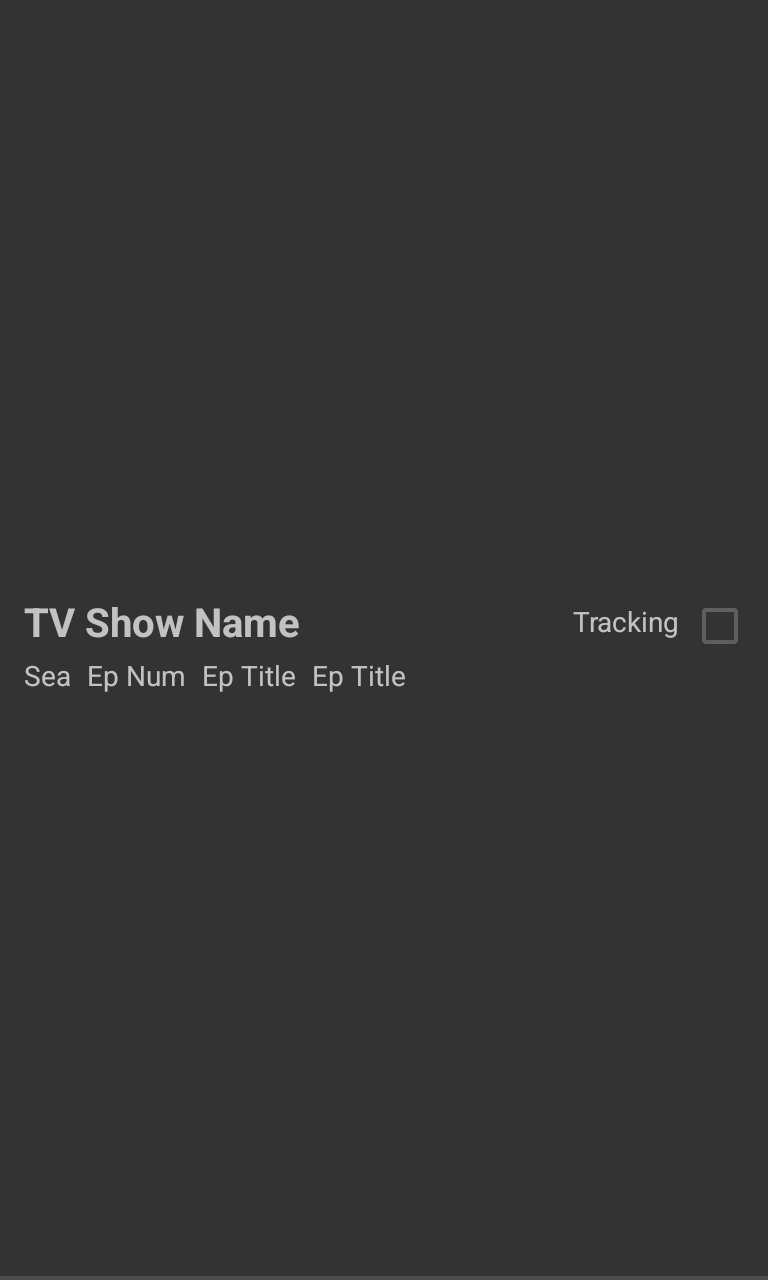
Repository: Jeedan/learning-android-apps
Layout: TvShowTracker/res/layout/list_item_tvshow.xml
The author's editor kept a copy of each file at every save. The layout is drawn from the files as they stood at one save, then again after the next save.
It is drawn on a 768 x 1280 px phone screen (xhdpi) without system bars, with theme AppTheme; the app's code is not run. The app's manifest (not shown) leaves right-to-left support off. So textAlignment, textDirection and layoutDirection are ignored, and left and right values win over start and end ones.

Above is the layout before, as saved 2014-11-01 10:59:41.

### TvShowTracker/res/layout/list_item_tvshow.xml
<?xml version="1.0" encoding="utf-8"?>
<RelativeLayout xmlns:android="http://schemas.android.com/apk/res/android"
    android:layout_width="match_parent"
    android:layout_height="wrap_content"

    android:paddingTop="4dp"
    style="?android:listSeparatorTextViewStyle" >

    <TextView
        android:id="@+id/tv_show_name_text_view"
        android:layout_width="match_parent"
        android:layout_height="wrap_content"
        android:paddingLeft="4dp"
        android:paddingRight="4dp"
        android:text="@string/tv_show_name"
        android:textSize="20sp"
        android:textStyle="bold" />

    <CheckBox
        android:id="@+id/tracked_tv_show_check_box"
        android:layout_width="wrap_content"
        android:layout_height="wrap_content"
        android:layout_alignParentEnd="true"
        android:layout_alignParentRight="true"
        android:enabled="false"
        android:focusable="false"
        android:padding="4dp" />

    <TextView
        android:id="@+id/tracking_text_View"
        android:layout_width="wrap_content"
        android:layout_height="wrap_content"
        android:layout_toLeftOf="@id/tracked_tv_show_check_box"
        android:layout_toStartOf="@id/tracked_tv_show_check_box"
        android:paddingLeft="4dp"
        android:paddingRight="4dp"
        android:paddingTop="4dp"
        android:text="@string/tracking_text_check_box" />

    <TextView
        android:id="@+id/tv_show_season_text_view"
        android:layout_width="wrap_content"
        android:layout_height="wrap_content"
        android:layout_below="@id/tv_show_name_text_view"
        android:paddingLeft="4dp"
        android:paddingRight="4dp"
        android:paddingTop="4dp"
        android:text="@string/tv_show_season" />

    <TextView
        android:id="@+id/tv_show_episode_number_text_view"
        android:layout_width="wrap_content"
        android:layout_height="wrap_content"
        android:layout_below="@id/tv_show_name_text_view"
        android:layout_toEndOf="@id/tv_show_season_text_view"
        android:layout_toRightOf="@id/tv_show_season_text_view"
        android:paddingLeft="4dp"
        android:paddingRight="4dp"
        android:paddingTop="4dp"
        android:text="@string/tv_show_episode_number" />

    <TextView
        android:id="@+id/tv_show_episode_text_view"
        android:layout_width="wrap_content"
        android:layout_height="wrap_content"
        android:layout_below="@id/tv_show_name_text_view"
        android:layout_toEndOf="@id/tv_show_episode_number_text_view"
        android:layout_toRightOf="@id/tv_show_episode_number_text_view"
        android:paddingLeft="4dp"
        android:paddingRight="4dp"
        android:paddingTop="4dp"
        android:text="@string/tv_show_episode_title" />

    <TextView
        android:id="@+id/show_release_date"
        android:layout_width="wrap_content"
        android:layout_height="wrap_content"
        android:layout_below="@id/tv_show_name_text_view"
        android:layout_toEndOf="@id/tv_show_episode_text_view"
        android:layout_toRightOf="@id/tv_show_episode_text_view"
        android:paddingLeft="4dp"
        android:paddingRight="4dp"
        android:paddingTop="4dp"
        android:text="@string/tv_show_episode_title" />

</RelativeLayout>

### TvShowTracker/res/values-v21/styles.xml
<resources>

    <!--
        Base application theme for API 14+. This theme completely replaces
        AppBaseTheme from BOTH res/values/styles.xml and
        res/values-v11/styles.xml on API 14+ devices.
    -->
    <style name="AppBaseTheme" parent="@android:style/Theme.Material">
        <!-- API 21 theme customizations can go here. -->
     	<!-- Main theme colors -->
	    <!--   your app branding color for the app bar (Action bar_)-->
	    <item name="android:colorPrimary">@color/primary</item>
	    <!--   darker variant for the status bar and contextual app bars -->
	    <item name="android:colorPrimaryDark">@color/primary_dark</item>
	    <!--   theme UI controls like checkboxes and text fields -->
	    <item name="android:colorAccent">@color/accent</item>
	    <!--   winow background -->
	    <item name="android:windowBackground">@color/windowBackground</item>
	    <!--   Text but don't know if it is for all texts -->
	    <item name="android:textColorPrimary">@color/textColorPrimary_Light</item>
    </style>

        <!-- Application theme. -->
    <style name="AppTheme" parent="AppBaseTheme">
        </style>
</resources>

### TvShowTracker/res/values/colors.xml
<?xml version="1.0" encoding="utf-8"?>
<resources>
    <color name="accent">#FF9D00</color>

    <!--  example: season + episode + release date info text under Show Name -->
    <color name="show_subtitle_text_view_color">#368ABF</color>

    <color name="textColorPrimary">#ffffff</color>
    <color name="textColorPrimary_Light">#666666</color>

    <color name="windowBackground">#333333</color>

    <color name="primary">#1a1a1a</color>
    <color name="primary_dark">#000000</color>

</resources>

### TvShowTracker/res/values/strings.xml
<?xml version="1.0" encoding="utf-8"?>
<resources>

    <string name="app_name">TvShowTracker</string>
    <string name="app_all_shows">All shows</string>
    <string name="app_calendar_title">Today\'s shows</string>
    <string name="action_settings">Settings</string>

    <string name="tv_show_name">TV Show Name</string>
    <string name="tv_show_season">Sea</string>
    <string name="tv_show_episode_number">Ep Num</string>
    <string name="tv_show_episode_title">Ep Title </string>
    <string name="tv_show_release_date">Release Date </string>


    <string name="empty_list">There are no TV Shows in this list.</string>


    <string name="tracking_text_check_box">Tracking</string>

</resources>

Loaded but not shown: TvShowTracker/res/values/styles.xml (common file); TvShowTracker/res/values-v11/styles.xml (common file)

After the next save:
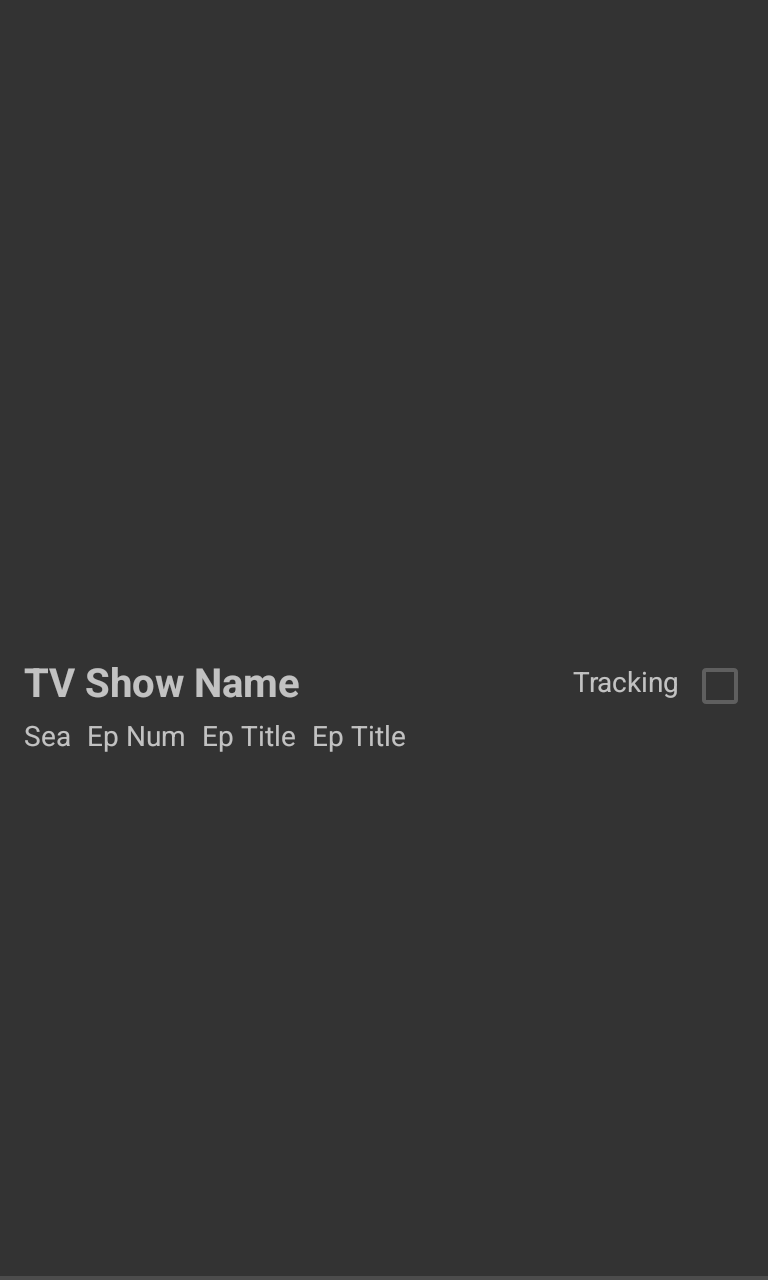
Saved 16 s later.
--- a/TvShowTracker/res/layout/list_item_tvshow.xml
+++ b/TvShowTracker/res/layout/list_item_tvshow.xml
@@ -3,7 +3,7 @@
     android:layout_width="match_parent"
     android:layout_height="wrap_content"
 
-    android:paddingTop="4dp"
+    android:paddingTop="64dp"
     style="?android:listSeparatorTextViewStyle" >
 
     <TextView
